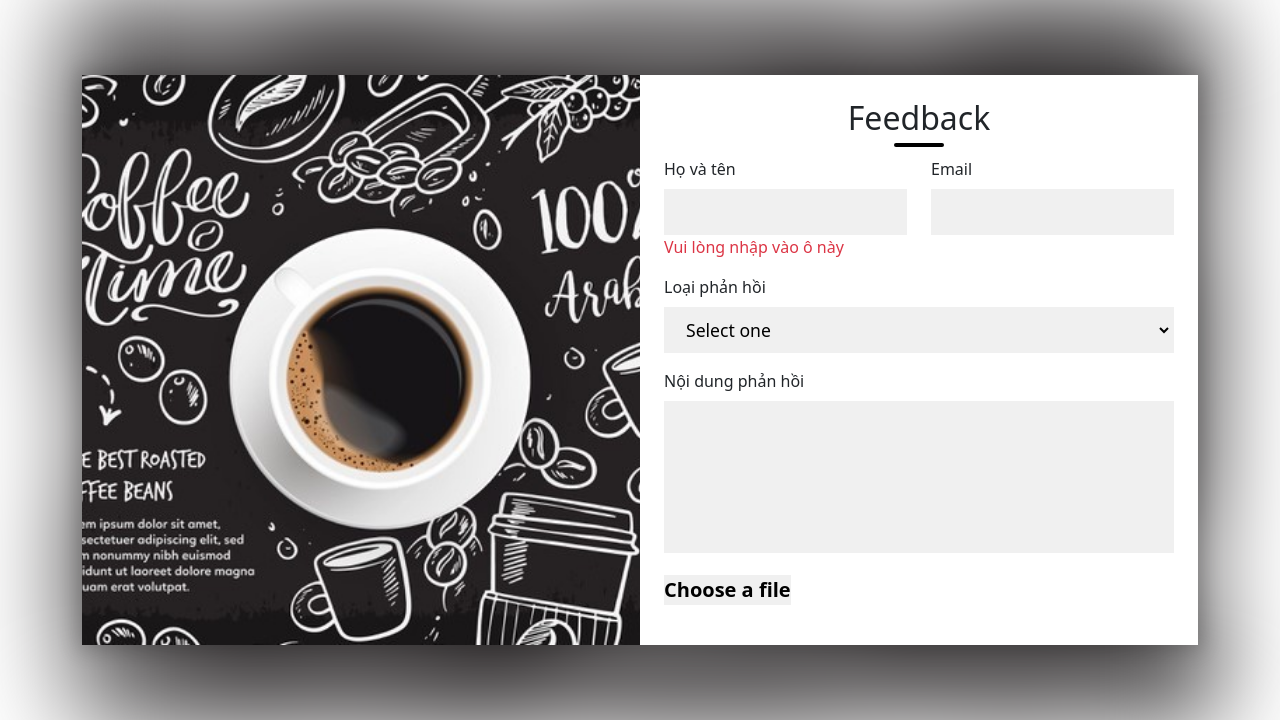
Repository: LeDongGyC/html-css
Page: HTML CSS/prototype/index.html
The author's editor kept a copy of each file at every save. The page is drawn from the files as they stood at one save, then again after the next save.
The browser window is 1280 px wide. The pictures show the whole page.
The style sheet was rebuilt from its Sass, Less or Tailwind sources for each picture, by a compiler version that may differ from the author's.

Above is the page before, as saved 2023-05-24 11:52:57.

After the next save:
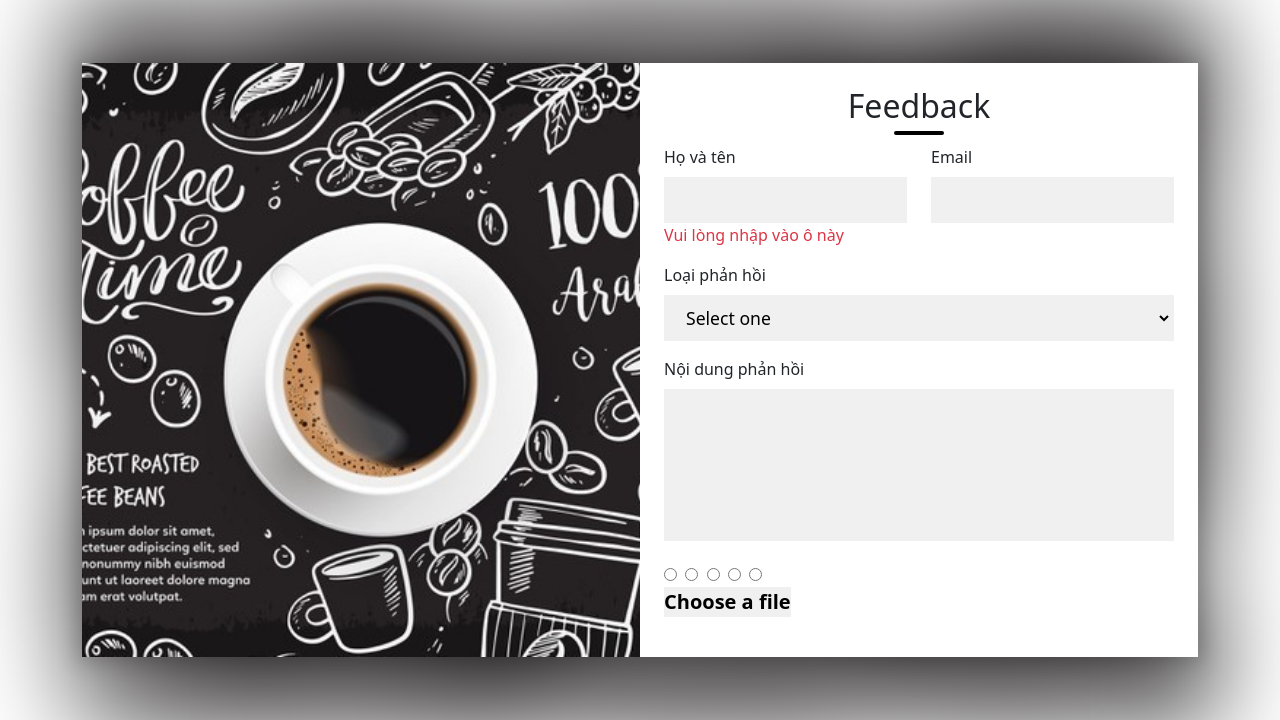
Saved 6 min 46 s later.
--- a/HTML CSS/prototype/index.html
+++ b/HTML CSS/prototype/index.html
@@ -67,6 +67,20 @@
           <textarea type="" class=" feedback-box_right-item" name="" id="feedback" aria-describedby="helpId"
             placeholder="" rows="5"></textarea>
         </div>
+        <div class="stars">
+          <form action="">
+            <input class="star star-5" id="star-5" type="radio" name="star"/>
+            <label class="star star-5" for="star-5"></label>
+            <input class="star star-4" id="star-4" type="radio" name="star"/>
+            <label class="star star-4" for="star-4"></label>
+            <input class="star star-3" id="star-3" type="radio" name="star"/>
+            <label class="star star-3" for="star-3"></label>
+            <input class="star star-2" id="star-2" type="radio" name="star"/>
+            <label class="star star-2" for="star-2"></label>
+            <input class="star star-1" id="star-1" type="radio" name="star"/>
+            <label class="star star-1" for="star-1"></label>
+          </form>
+        </div>
         <div class="mb-3">
           <input type="file" name="file" id="file" class="inputfile" data-multiple-caption="{count} files selected"
             multiple />
